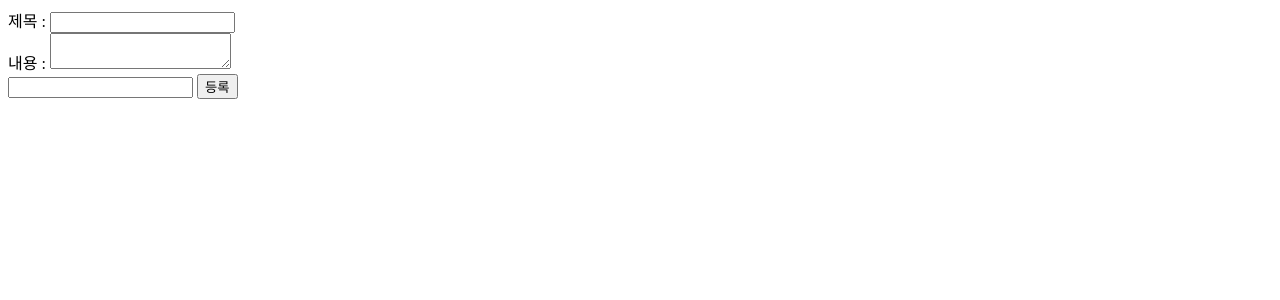
Repository: Hyun0000/JDBC_Jsp_Servelt_Newlec
Page: JSPProject/WebContent/reg.html
An editor plug-in stored every save of this project. The page is shown before and after the next save, followed by the edit.
The browser window is 1280 px wide. The pictures show the whole page.

Above is the page before, as saved 2021-08-28 07:12:08.

After the next save:
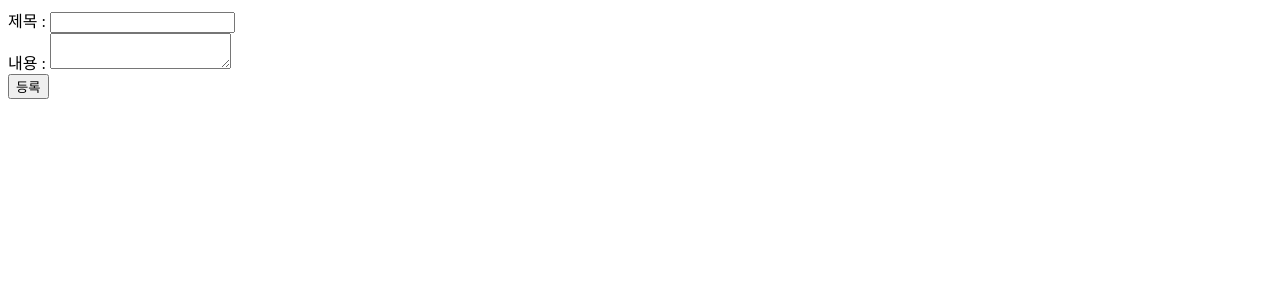
Saved 9 s later.
--- a/JSPProject/WebContent/reg.html
+++ b/JSPProject/WebContent/reg.html
@@ -18,13 +18,7 @@
 
 
 			<div>
-				<input type="text" name="loopTime"/>
-				<!--사용자가 입력한 값을 어떻게 Mapping 시켰는가?-->
-				<!--name이라는 속성이 사용자로부터 입력되는 값을 실어나르는 키워드(loopTime)를 지정한다. -->
 				<input type="submit" value="등록"/>
-				<!--"submit" : 전달(요청) 담당
-				submit버튼을 누르면 요청이 위의 action에서 지정한 hi로 가게된다.
-				-->
 			</div>
 		</form>
 	</div>
